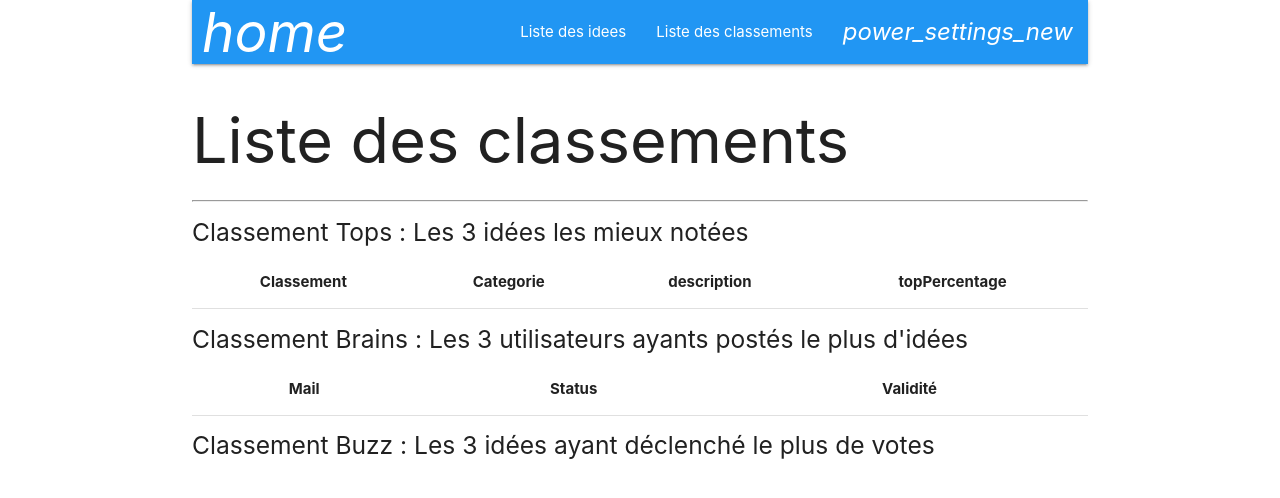
Repository: thdal/Atelier_JEE_16_02
Page: http://localhost/Atelier_JEE_16_02/WEB-INF/pages/classement/ListClassement.jsp
The author's editor kept a copy of each file at every save. The page is drawn from the files as they stood at one save, then again after the next save.
The browser window is 1280 px wide. The pictures show the whole page.
The page is served by Tomcat 9. Nobody is signed in. The template is opened directly, without the code that normally fills it, so the values that code supplies are empty.

Above is the page before, as saved 2021-02-27 02:06:51.

After the next save:
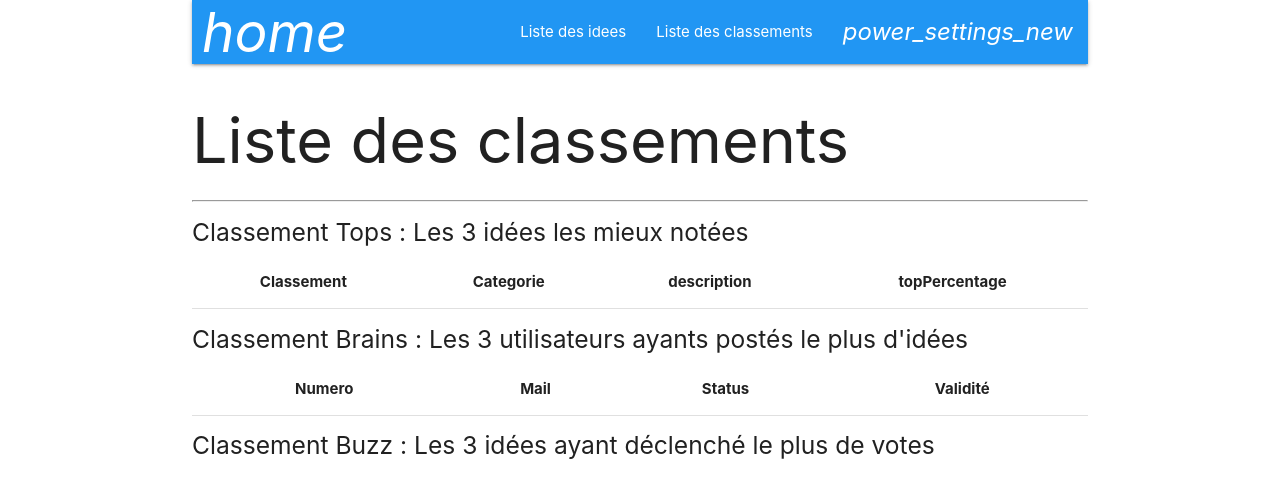
Saved 55 s later.
--- a/Atelier_JEE_16_02/src/main/webapp/WEB-INF/pages/classement/ListClassement.jsp
+++ b/Atelier_JEE_16_02/src/main/webapp/WEB-INF/pages/classement/ListClassement.jsp
@@ -45,6 +45,7 @@
 <table class="centered">
    <thead>
        <tr>
+       	   <th>Numero</th>
            <th>Mail</th>
            <th>Status</th>
            <th>Validité</th>
